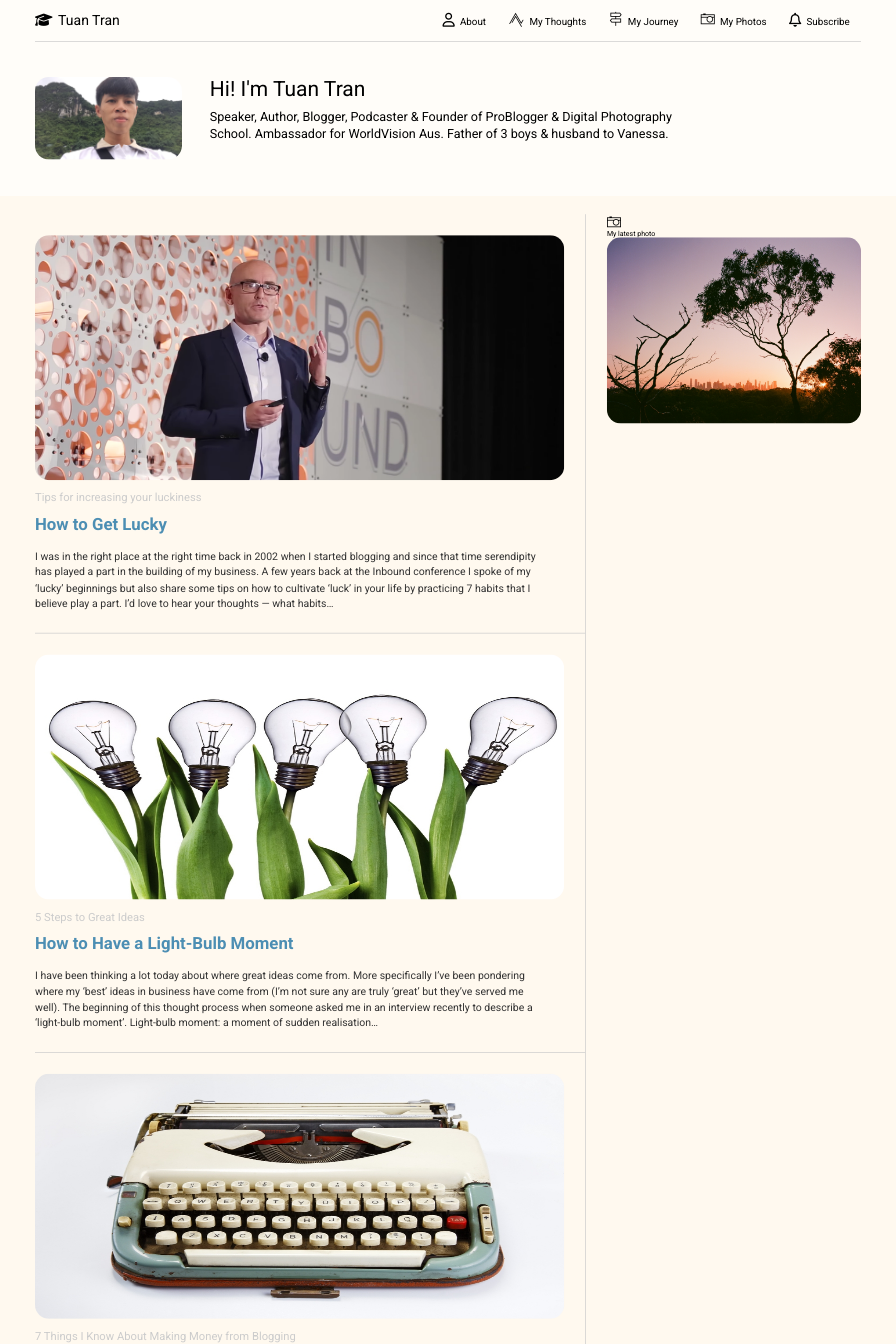
Repository: TranDinhTuann/Blog-Demo
Page: index.html
An editor plug-in stored every save of this project. The page is shown before and after the next save, followed by the edit.
The browser window is 1280 px wide. The pictures show the part of the page from y = 0 to 1920 px (the page is 2860 px tall), at 70% of full size.

Above is the page before, as saved 2023-03-22 21:14:29.

After the next save:
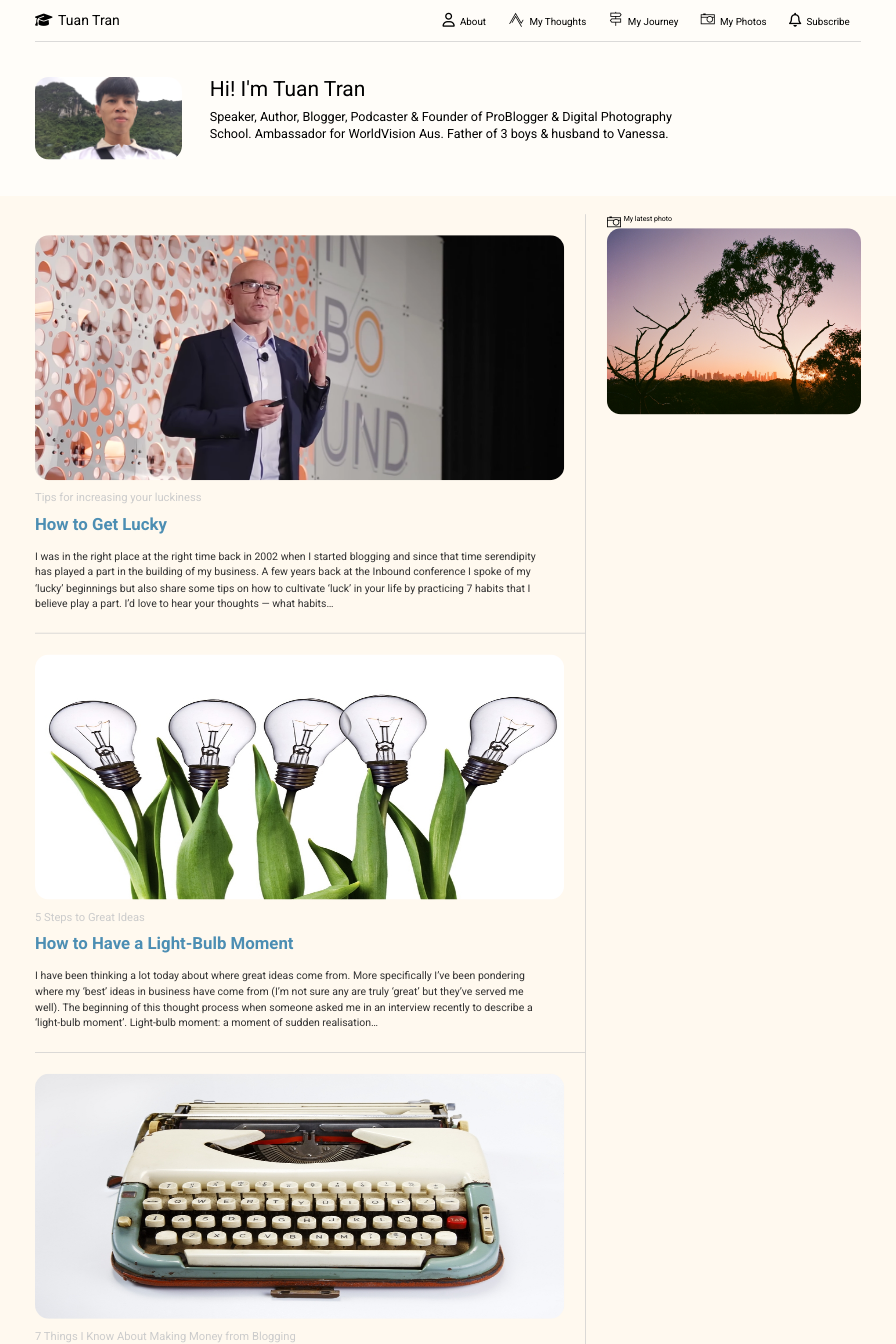
Saved 25 s later.
--- a/assets/css/main.css
+++ b/assets/css/main.css
@@ -164,6 +164,12 @@
 .row{
     margin-left: 30px;
 }
+.row-head {
+    display: flex;
+}
+
+
+
 /* footer */
 .footer{
     height: 50px;
